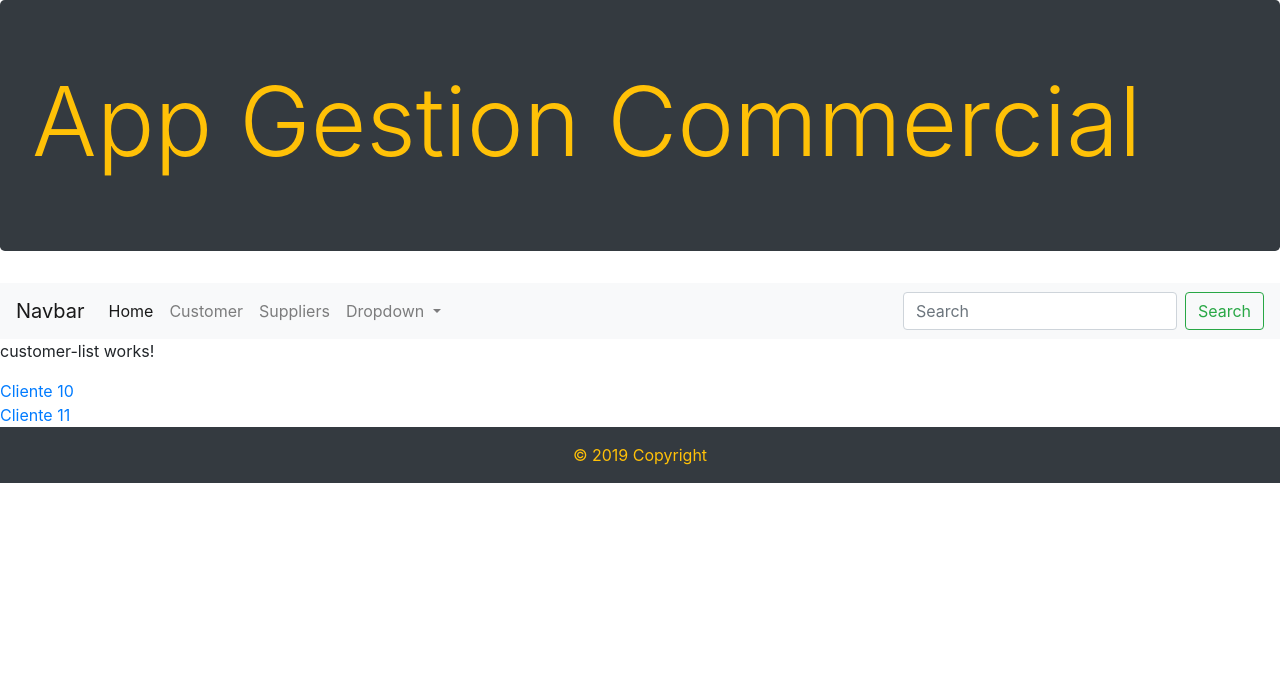
Repository: GiacomoBCN/Angular-pr
Page: /customer (app in gest-comercial/)
The author's editor kept a copy of each file at every save. The page is drawn from the files as they stood at one save, then again after the next save.
The browser window is 1280 px wide. The pictures show the whole page.
The project was rebuilt for these pictures with package versions that can differ from the ones it lists, and the page was loaded fresh each time. Also part of the build but not shown: gest-comercial/angular.json, gest-comercial/src/app/commons/not-found/not-found.component.ts, gest-comercial/src/app/commons/home/home.component.ts, gest-comercial/src/app/customer/customer-data/customer-data.component.ts, gest-comercial/src/app/suppliers/suppliers-list/suppliers-list.component.ts, gest-comercial/src/app/suppliers/suppliers-request/suppliers-request.component.ts, gest-comercial/src/app/billing/form-suppliers/form-suppliers.component.ts, gest-comercial/src/app/billing/to-customers/to-customers.component.ts.

Above is the page before, as saved 2019-07-02 12:58:57.

After the next save:
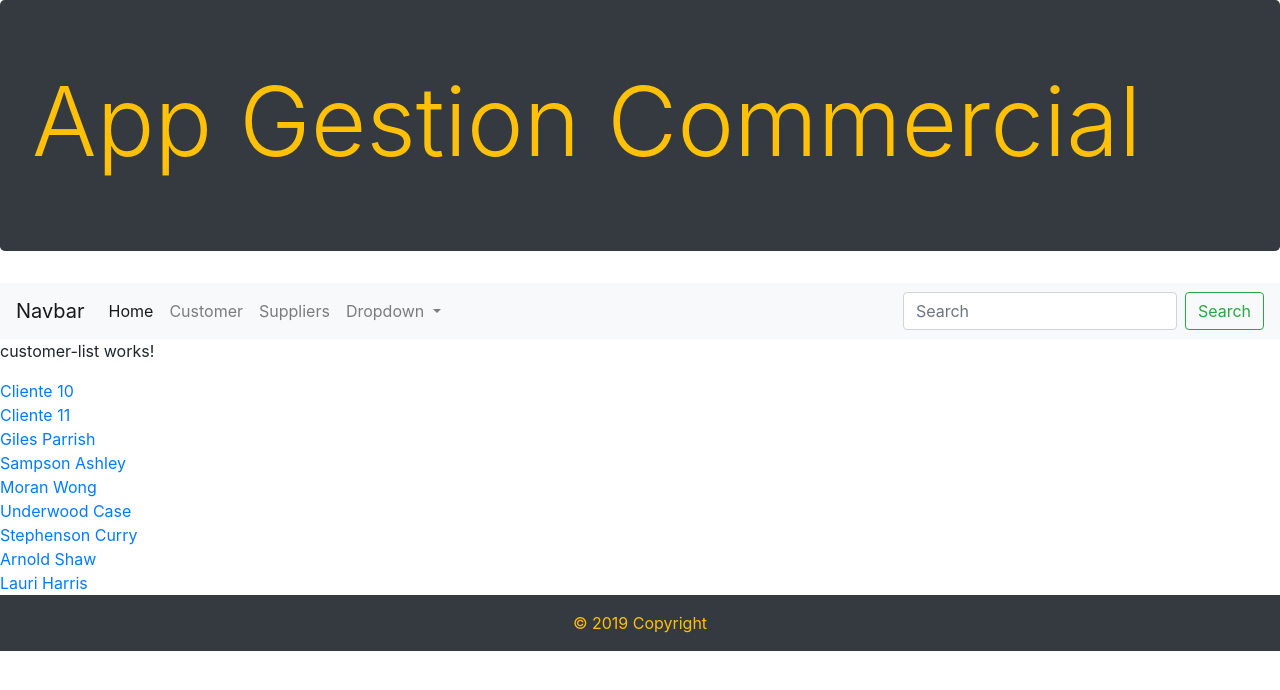
Saved 43 s later.
--- a/gest-comercial/src/app/customer/customer-list/customer-list.component.ts
+++ b/gest-comercial/src/app/customer/customer-list/customer-list.component.ts
@@ -9,7 +9,7 @@
 export class CustomerListComponent implements OnInit {
 
   constructor() {
-  this.customer = customers;
+  this.customers = customers;
 
   }
 

After the save that followed:
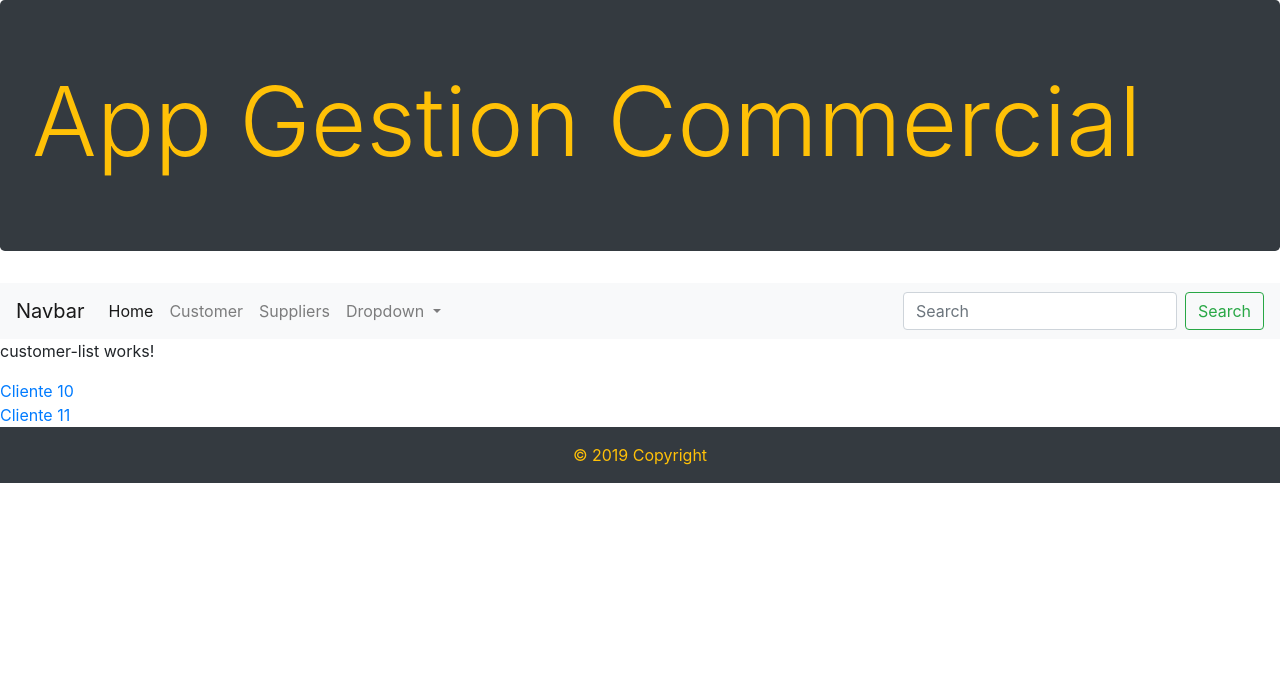
Saved 4 s later.
--- a/gest-comercial/src/app/customer/customer-list/customer-list.component.ts
+++ b/gest-comercial/src/app/customer/customer-list/customer-list.component.ts
@@ -9,7 +9,7 @@
 export class CustomerListComponent implements OnInit {
 
   constructor() {
-  this.customers = customers;
+  this.customer = customers;
 
   }
 
